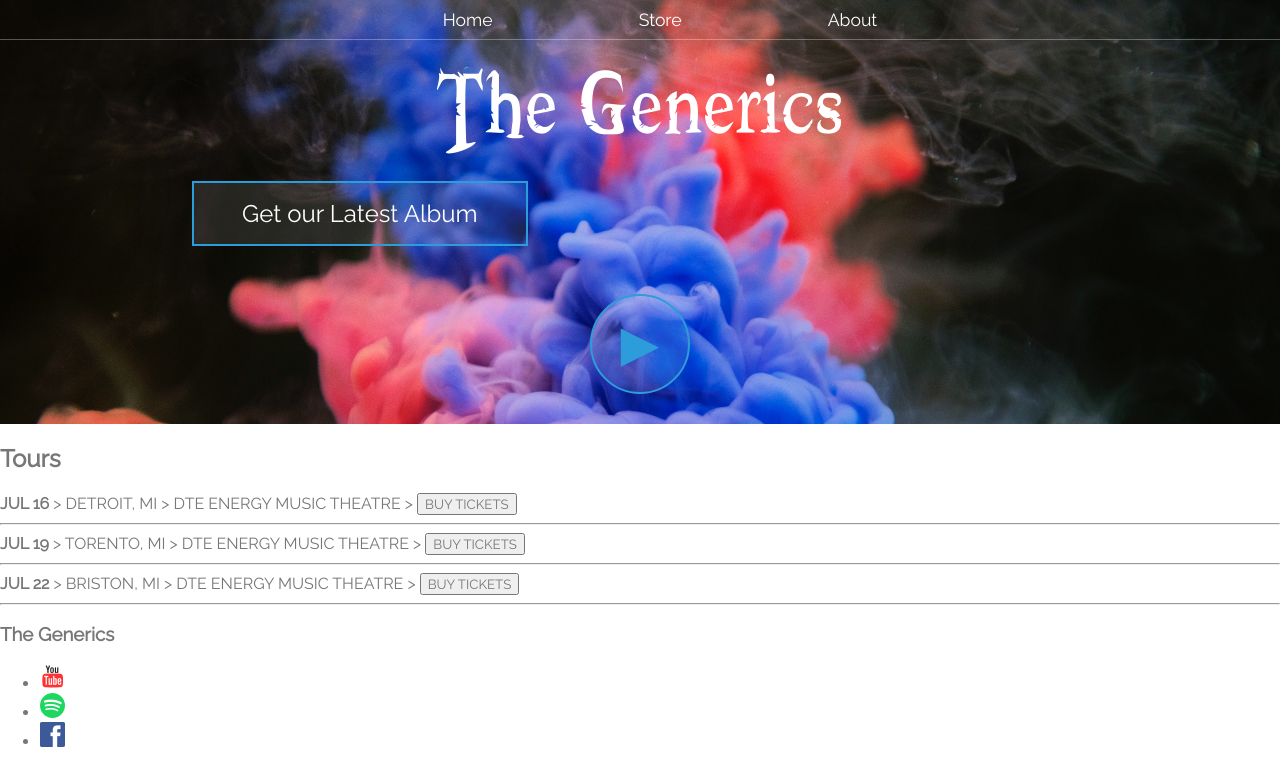
Repository: nazmulhaquep/WebDesign
Page: WebDevSimplified/index.html
An editor plug-in stored every save of this project. The page is shown before and after the next save, followed by the edit.
The browser window is 1280 px wide. The pictures show the whole page.
Some web fonts or font styles are not loaded; a fallback is used.

Above is the page before, as saved 2023-11-26 10:57:01.

### WebDevSimplified/index.html
<!DOCTYPE html>
<html lang="en">
<head>
    <meta charset="UTF-8">
    <meta name="viewport" content="width=device-width, initial-scale=1.0">
    <title>The Generics</title>
    <meta name="description" content="This is the description">
    <link rel="stylesheet" href="styles.css" />
</head>
<body>
    <header class="main-header">
        <nav class="nav main-nav">
            <ul>
                <li><a href="index.html">Home</a></li>
                <li><a href="store.html">Store</a></li>
                <li><a href="about.html">About</a></li>
            </ul>
        </nav>

        <h1 class="band-name band-name-larger"> The Generics </h1>
        <button class="btn btn-header">Get our Latest Album</button>

        <button class="btn btn-header btn-play">&#9658;</button>
    </header>
    <section>
        <h2>Tours</h2>
        <div>
            <div>
                <strong>JUL 16 </strong>
                 &it;&gt;
                <span> DETROIT, MI </span>
                 &it;&gt;
                <span> DTE ENERGY MUSIC THEATRE</span>
                 &it;&gt;
                <button type="button">BUY TICKETS </button>
                <hr/>
            </div>

            <div>
                <strong>JUL 19</strong>
                 &it;&gt;
                <span> TORENTO, MI </span>
                 &it;&gt;
                <span> DTE ENERGY MUSIC THEATRE</span>
                 &it;&gt;
                <button type="button">BUY TICKETS </button>
                <hr/>
            </div>

            <div>
                <strong>JUL 22</strong>
                 &it;&gt;
                <span> BRISTON, MI </span>
                 &it;&gt;
                <span> DTE ENERGY MUSIC THEATRE</span>
                 &it;&gt;
                <button type="button">BUY TICKETS </button>
                <hr/>
            </div>

        </div>
    </section>
    <footer>
        <h3>The Generics</h3>
        <ul>
            <li><img src="images/YouTube Logo.png"> </li>
            <li><img src="images/Spotify Logo.png"> </li>
            <li><img src="images/Facebook Logo.png"> </li>
        </ul>
    </footer>
</body>
</html>

### WebDevSimplified/styles.css
/* import font*/
@import url('https://fonts.googleapis.com/css2?family=Raleway:ital,wght@0,400;1,300&display=swap');
@import url('https://fonts.googleapis.com/css2?family=Metal+Mania');

/* import local font */
@font-face {
    font-family: "Booter - Zero Zero";
    src: url("Fonts/Booter - Zero Zero.woff") format(woff),
         url("fonts/Booter - Zero Zero.woff2") format(woff2);
         font-weight: normal;
         font-style:normal;
}

/* all width and padding adjust with device width */
*{
    box-sizing:border-box;
    font-family: Raleway;
    color:#777;
}

html,body{
   margin:0;
   padding:0;
}

.main-header{
    background-image: url('images/Header Background.jpg');
    background-size: cover;
    padding-bottom: 30px;
}

.nav ul{
    margin:0px;
}

.nav li{
    display:inline;
}

.nav a{
    display: inline-block; /*to apply margin and padding */
    padding: .5em;
    list-style: none;
    text-decoration: none;
    color:white;
}

.main-nav{
    text-align:center;
    font-size:1.1em;
    font-weight: lighter;
    border-bottom: 1px solid rgba(255,255,255, .3);
}

.main-nav li{
    padding:0 5%;
}

.band-name{
    text-align:center;
    margin:0;
    font-size:4em;
    font-family:"Booter - Zero Zero";
    color:#fff;
    font-weight:normal;
}

.band-name-larger{
    font-size:8em;
}
.content-section{
    margin:1em;
}
.container{
    max-width:900px;
    margin:0 auto;
    padding:0 1.5em;
}

.section-header{
    font-family: 'Metal Mania';
    font-weight: normal;
    color:#333;
    text-align: center;
    font-size:2.5em;
}

.about-band-image{
    float:left;
    height: 200px;
    width: 200px;
    margin:15px;
    border-radius: 50%;
}

.main-footer{
    background-color:#56ccf2;
    color:#fff;
    padding:.25em 0;
}

.main-footer-container{
    display: flex;
    align-items: center;
}

.main-footer-container ul{
    flex-grow:1;
    text-align:end;
}

.btn{
    text-align: center;
    vertical-align: middle;
    padding:.67em;
    cursor: pointer;
}

.btn-header{
    margin: .5em 15% 2em 15%;
    color:white;
    border:2px solid #2D9CDB;
    background-color:rgba(255,255,255, .1);
    border-radius: 0;
    font-size: 1.5em;
    font-weight: lighter;
    padding-left: 2em;
    padding-right: 2em;
}
.btn-header:hover{
    background-color:rgba(255,255,255, .3);
}

/* take button center */
.btn-play{
    display: block;
    margin:0 auto;
    color:#2D9CDB;
    font-size:4em;
    border-radius:50%;
    padding:0px;
    width:100px;
    height:100px;
}


.footer-nav li{
    padding: 0 .5em;
}

.footer-nav img{
    width:30px;
    height: 30px;
}

After the next save:
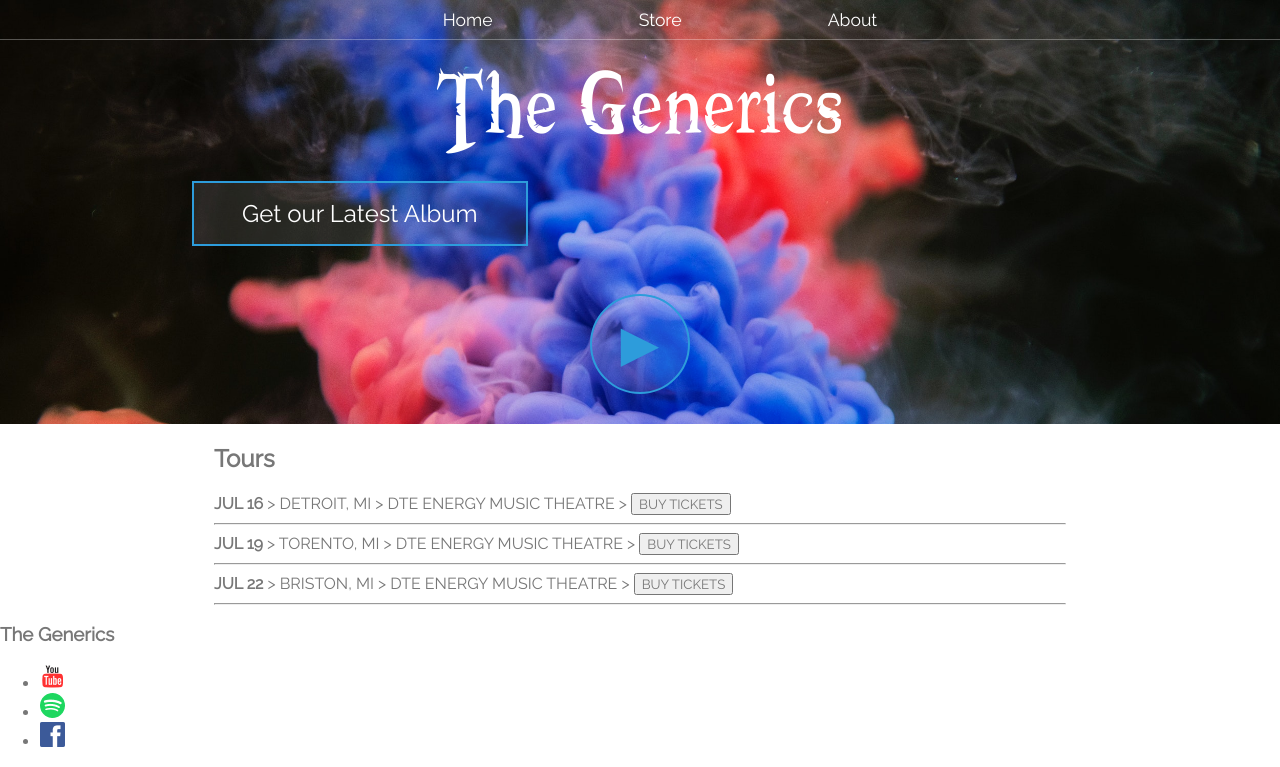
Saved 74 s later.
--- a/WebDevSimplified/index.html
+++ b/WebDevSimplified/index.html
@@ -22,7 +22,7 @@
 
         <button class="btn btn-header btn-play">&#9658;</button>
     </header>
-    <section>
+    <section class="content-section container">
         <h2>Tours</h2>
         <div>
             <div>
